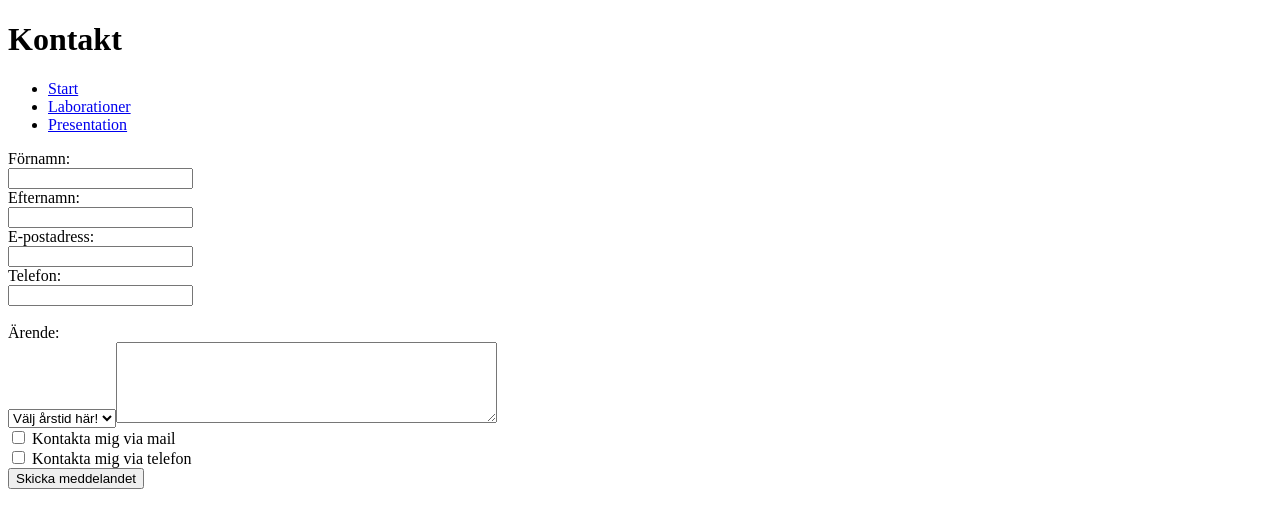
Repository: Martin-Carlsson85/HTML-och-CSS
Page: pages/kontakt.html
The author's editor kept a record of every edit. The page is drawn from the files as they stood at one moment, then again after the next edit.
The browser window is 1280 px wide. The pictures show the whole page.

Above is the page before.

After the next edit:
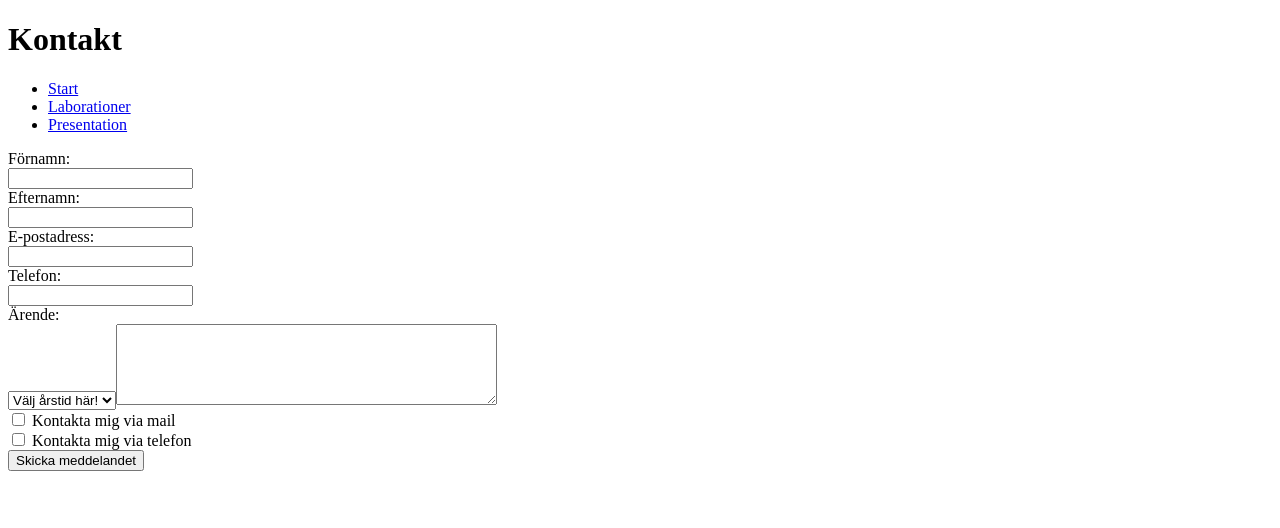
The edit:
--- a/pages/kontakt.html
+++ b/pages/kontakt.html
@@ -29,7 +29,7 @@
 <input type="text" name="epost" id="epost" /> <br />
 
 Telefon:<br />
-<input type="text" name="epost" id="epost" /> <br />
+<input type="text" name="epost" id="epost" />
 
 <label for="select"><br />
 Ärende:</label><br />
